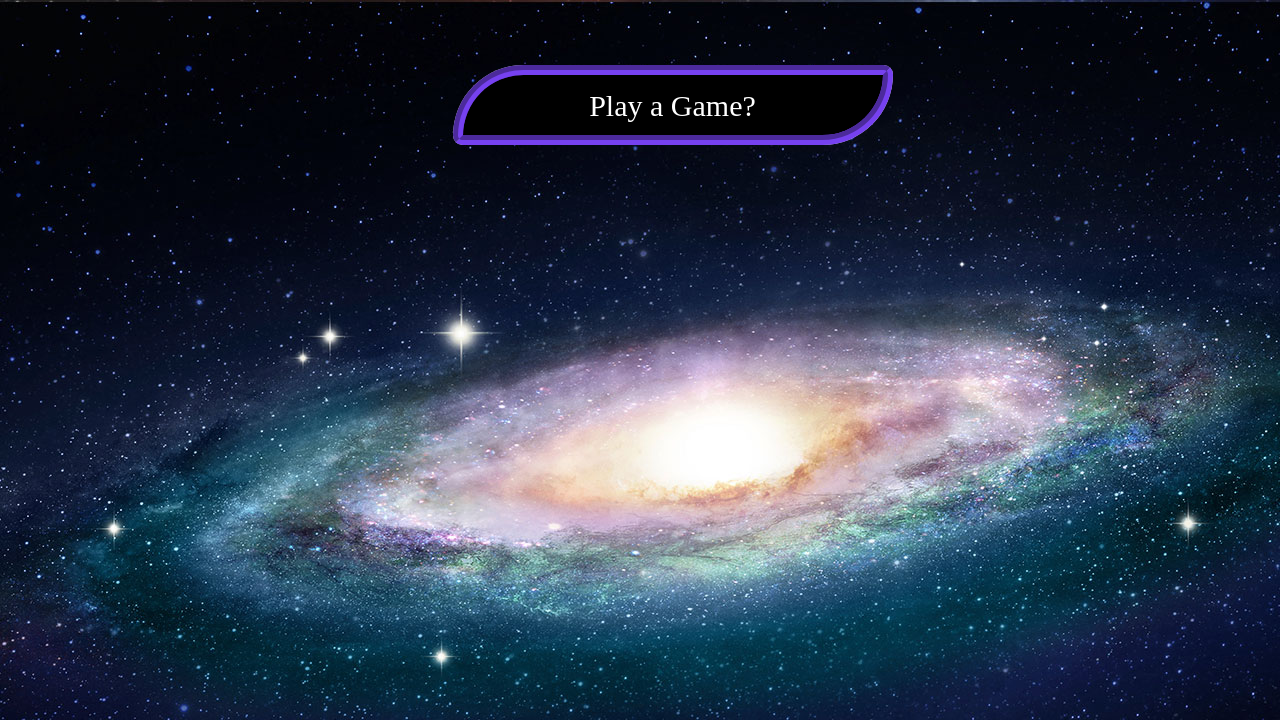
Repository: dsaftler/Trivia
Page: index.html
These files come from the project's save history. The page is drawn as it stood at one moment and after the next save; the edit follows.
The browser window is 1280 px wide. The pictures show the whole page.
Some web fonts or font styles are not loaded; a fallback is used.

Above is the page before, as saved 2019-04-13 23:24:48.

### index.html
<!DOCTYPE html>
<html lang="en">
<head>
  <meta charset="UTF-8">
  <meta name="viewport" content="width=device-width, initial-scale=1.0">
  <meta http-equiv="X-UA-Compatible" content="ie=edge">
   <link rel="stylesheet" href="assets/css/reset.css" type="text/css">
  <link rel="stylesheet" href="https://stackpath.bootstrapcdn.com/bootstrap/4.3.1/css/bootstrap.min.css"
    integrity="sha384-ggOyR0iXCbMQv3Xipma34MD+dH/1fQ784/j6cY/iJTQUOhcWr7x9JvoRxT2MZw1T" crossorigin="anonymous">
  <!-- <link href="https://fonts.googleapis.com/css?family=Cherry+Swash:700" rel="stylesheet"> -->
  <link href="https://fonts.googleapis.com/css?family=Baumans" rel="stylesheet">
  <link rel="stylesheet" href="assets/css/glowing.css">

  <!-- custom css -->
  <link rel="stylesheet" href="assets/css/style.css" type="text/css">

  <title>Trivia Game</title>
</head>
<body>
<div class="container">

  <div class="scoreElements glowing darkblue">
   <div id="showWinsCnt"><span id="wins"></span></div>
   <div id="showLoseCnt"><span id="wrongs"></span></div>
   <div id="showMissCnt"><span id="misses"></span></div>
  </div>
  <div class='playElements'>
    <div id="timer"></div>
    <h2 class="showQuestion glowing darkblue" id="question"></h2>
    <ul class="showAnswers glowing darkblue">
    <li class="answers glowing cyan" id="answer0"><a href="#"></a></li>
    <li class="answers glowing darkblue" id="answer1"><a href="#"></a></li>
    <li class="answers glowing indigo" id="answer2"><a href="#"></a></li>
    <li class="answers glowing purple" id="answer3"><a href="#"></a></li>
    </ul>
    <div class="tmyk clearfix">
      <div class="extra glowing cyan"></div>
      <img class="image glowing darkblue">
    </div>
  </div>
  <div class="bgButton">
  <button class="glowing cyan" id="newGame" onclick="initGame()">Play a Game?</button>
  </div>
  <!-- <button id="temp1" onclick="newQuestion()">Next Question?</button> -->
</div>

<!-- bootstrap scripts -->
<script src="https://code.jquery.com/jquery-3.3.1.slim.min.js"
  integrity="sha384-q8i/X+965DzO0rT7abK41JStQIAqVgRVzpbzo5smXKp4YfRvH+8abtTE1Pi6jizo" crossorigin="anonymous"></script>
<script src="https://cdnjs.cloudflare.com/ajax/libs/popper.js/1.14.7/umd/popper.min.js"
  integrity="sha384-UO2eT0CpHqdSJQ6hJty5KVphtPhzWj9WO1clHTMGa3JDZwrnQq4sF86dIHNDz0W1" crossorigin="anonymous"></script>
<script src="https://stackpath.bootstrapcdn.com/bootstrap/4.3.1/js/bootstrap.min.js"
  integrity="sha384-JjSmVgyd0p3pXB1rRibZUAYoIIy6OrQ6VrjIEaFf/nJGzIxFDsf4x0xIM+B07jRM" crossorigin="anonymous"></script>
<script src="assets/javascript/app.js"></script>


</body>
</html>

### assets/css/glowing.css
/*!
 * Glowing.css - a simple pure CSS to make PNG or anything glow!
 * https://github.com/topex-psy/Glowing.css
 *
 * Version: 1.0
 * Author: Taufik Nur Rahmanda (https://www.facebook.com/TopEx.Divine)
 * Github: https://github.com/topex-psy

 * Made available under a MIT License:
 * http://www.opensource.org/licenses/mit-license.php
 */

.glowing {
	-webkit-filter: drop-shadow(0 0 0 rgba(255,255,255,.8));
	-webkit-transition: all .2s linear;
	-moz-transition: all .2s linear;
	-o-transition: all .2s linear;
	transition: all .2s linear;
}
.glowing.red:hover { -webkit-filter: drop-shadow(0 0 8px rgba(255,153,153,1)); }
.glowing.orange:hover { -webkit-filter: drop-shadow(0 0 8px rgba(244,173,66,1)); }
.glowing.yellow:hover { -webkit-filter: drop-shadow(0 0 8px rgba(244,241,66,1)); }
.glowing.green:hover { -webkit-filter: drop-shadow(0 0 8px rgba(83,244,66,1)); }
.glowing.cyan:hover { -webkit-filter: drop-shadow(0 0 8px rgba(0,255,221,1)); }
.glowing.lightblue:hover { -webkit-filter: drop-shadow(0 0 8px rgba(0,231,255,1)); }
.glowing.blue:hover { -webkit-filter: drop-shadow(0 0 8px rgba(0,153,255,1)); }
.glowing.darkblue:hover { -webkit-filter: drop-shadow(0 0 8px rgba(0,63,255,1)); }
.glowing.indigo:hover { -webkit-filter: drop-shadow(0 0 8px rgba(167,66,244,1)); }
.glowing.purple:hover { -webkit-filter: drop-shadow(0 0 8px rgba(244,66,232,1)); }
.glowing.magenta:hover { -webkit-filter: drop-shadow(0 0 8px rgba(255,109,194,1)); }
.glowing.pink:hover { -webkit-filter: drop-shadow(0 0 8px rgba(255,137,184,1)); }

.and { }
.quickly { -webkit-transition:-webkit-transform .05s !important;-moz-transition:-moz-transform .05s !important;-o-transition:-o-transform .05s !important;transition:transform .05s !important; }
.rotating:hover { -ms-transform:matrix(1.1,0.2,-0.2,1.1,0,0);-webkit-transform:matrix(1.1,0.2,-0.2,1.1,0,0);transform:matrix(1.1,0.2,-0.2,1.1,0,0); }
.zooming:hover { -ms-transform: scale(1.1,1.1);-webkit-transform: scale(1.1,1.1);transform: scale(1.1,1.1); }

.disco:hover {
	-webkit-animation-duration: 2s;
	-webkit-animation-timing-function: ease-in-out;
	-webkit-animation-iteration-count: infinite;
	-webkit-animation-name: disco;
	animation-duration: 2s;
	animation-timing-function: ease-in-out;
	animation-iteration-count: infinite;
	animation-name: disco;
}
@-webkit-keyframes disco {
	0%    { -webkit-filter: drop-shadow(0 0 8px rgba(255,153,153,1)); }
	25%  { -webkit-filter: drop-shadow(0 0 8px rgba(244,241,66,1)); }
	50%  { -webkit-filter: drop-shadow(0 0 8px rgba(0,153,255,1)); }
	75%  { -webkit-filter: drop-shadow(0 0 8px rgba(244,66,232,1)); }
	100%    { -webkit-filter: drop-shadow(0 0 8px rgba(255,153,153,1)); }
}

### assets/css/style.css
html {
  height: 100%;
}
body {
  height: 100%;
  margin: 0;
  padding:0;
  background-color: black;
   margin: auto;
  align-content: center;
  font-family: 'Baumans', cursive;
  color:white;
  font-size: 20px;
  font-weight: bolder;
}
h3{
  color: #8fc7bc;
  padding-top: 15px;

}
.container{
   height: 100%;
  margin: auto;
  background-image: url("../images/hubble.jpg");
  max-width: 1536px;
}
button{
  width:440px;
  height: 80px;
  margin: auto;
  margin-top: 15px;
  color:white;
  font-size: 30px;
  padding: 0px;
  background-color:black;
  /* border-color: #8fc7bc; */
  border-color: #7641f0;
  border-style: groove;
  border-width: 10px;
  border-radius: 150px 20px;

}
.scoreElements{
align-content: center;
margin: auto;
width: 10%;
padding-top: 50px;
font-size: 24px;
}
#wins{
  text-align:center;
}
.bgButton{
  align-content:center;
  margin:auto;
  width:30%;
}
/* .showQuestion{
  font-size: 30px;
} */
ul li a {
  padding-left:20px;
  color: black;
  display: block;
  border-width: 3px;
  text-decoration: none;
  padding: 16px;
  width:50%
}

ul {
  list-style-type: circle;
}

li {
  display: block;
}

ul li a:hover {
  color: #7641f0;
  display: block;
  text-decoration: none;
}

li:hover {
  background-color:black;
}
.answers{
  padding-left: 5px;
  font-size: 22px;
}
.playElements {
  align-content: center;
  margin: auto;
  padding-top: 70px;
  align-content: center;
  margin: auto;
  width: 85%;
  padding-top: 70px;
}

#timer {
  font-size: 50px;
  font-weight: bolder;
}
.tmyk{
  width: 1500px;
  height:100%;
}
.extra{
  clear: both;
  float: left;
  width:35%;
  padding:20px;
  /* margin-top: 15px; */
  padding-bottom: 20px;
  margin-left: -15px;
  font-weight: lighter;
  background-color: rgba(22, 4, 152, .37);
  overflow: auto;
  border-style: groove;
  border-width: 3px;
  border-color:black;
   border-radius: 30px;
}
img{
  /* padding-top:15px; */
  /* padding-left: 20px; */
  clear: both;
  margin-left: 15px;
  max-width: 800px;
  height: auto;
  border-style: groove;
  border-width: 3px;
  border-color:black;
  border-radius: 30px;
  /* border-color: #7641f0; */
}

### assets/javascript/app.js
// Advanced game has a 30 second timer that counts down to 0 for each question !!!!!!!!!!!!  changed to 15 seconds
// If the timer is 0 OR  a wrong answer is chosen:
  // show the correct answer for 5 seconds
// display a new question
// restart the timer with no user interaction

// questions are contained in an array with question, array of answers, index of correct answer
// question shows in questionId
// "Correct"  or "Correct Answer" shows in answerId
// 4 possible answers show in 4 clickable buttons
// buttons have hover behavior
//  only one can be selected (by click)

// scores for Wins, Losses, and Unanswered are kept (correct, wrong, timer ==0)
// ask to play again in link
// click on play restarts the game without re-loading the page

var qArray =[];
var wins, wrongs, misses, seconds,
  i, qArrayLength, correctAnswerId;
var timer;
var isNewGame = true;
var sayCorrect
var answerTime=10, displayInfoTime=7;
$(".playElements").hide();
$(".answers").pointerEvents = "none";
$(document).ready(function () {
  //initGame();  // called by newGame button
  $(".answers").click(function() {
    stopTimer();
    $(".answers").css("pointer-events","none");
    //which answer did I click?
    var target = $(this).attr("id")
    for(let j = 0; j<4; j++) {
      jtarget = "answer" + j
      //console.log(jtarget)
      if (jtarget === target){
        if (j === correctAnswerId){
          showMe("win");
        } else {
          showMe("lose");
        }
      }
    }
  });
});


function initGame() {
  wins = 0;
  wrongs = 0;
  misses = 0;
  $(".scoreElements").hide();
  $(".playElements").hide();
  $(".answers.li").hide();
  $("#newGame").hide();
  loadQuestions();
  i = 0;
  newQuestion(i);
}

function newQuestion(i)
{
  console.log(i)
  if (i < qArrayLength){
    // show game pieces: question, answers
    $(".playElements").show();
    $("#timer").show();
    $(".tmyk").hide();
    q="Question "+(i+1)+":  "
    $("#question").text(q+(qArray[i].question));
    $("#answer0").text(qArray[i].ansArray[0]);
    //console.log(qArray[i].ansArray[0]);
    $("#answer1").text(qArray[i].ansArray[1]);
    $("#answer2").text(qArray[i].ansArray[2]);
    $("#answer3").text(qArray[i].ansArray[3]);
    correctAnswerId = qArray[i].correct;
    correctAnswer = qArray[i].ansArray[correctAnswerId]
    //console.log(qArray[i].ansArray[correctAnswerId]);
    info = qArray[i].extra;
    $(".answers").css("pointer-events", "auto");
    clearInterval(timer)
    seconds = answerTime;
    showTime();
    timer = setInterval(tick, 1000);
  } else {
    gameOver();
  }
}

function gameOver()
{
  $(".playElements").hide();
  $(".scoreElements").show();
  $("#showWinsCnt").text(wins + " Correct")
  $("#showLoseCnt").text( wrongs + " Wrong")
  $("#showMissCnt").text(  misses + " Time-Outs")
  $("#newGame").text("Play Again?"); // calls initGame
  $("#newGame").show();
}


//  The decrement function.
function tick()
{
  seconds--;
  if (seconds < 0) {
    //  ...run the stop function.
    stopTimer()
    showMe("miss");
    return;
  }
  showTime();
}

function stopTimer()
{
  clearInterval(timer);
  $("#answers").pointerEvents="none";
}

//  Execute the run function.
function showTime()
{
  var result = " * ".repeat(seconds);
 $("#timer").text(result+seconds);
 //console.log(seconds);
}
function showMe(result){
  sayCorrect = 'Sorry...the answer was  ' + correctAnswer

  switch (result){
    case "win":
      //alert("Correct");
      sayCorrect="Correct! "
      wins++;
      break;
    case "lose":
      //alert("Incorrect");
      wrongs++
      break;
    case "miss":
      $("#timer").text("Timed-Out");
      misses++;
      break;
   }
  showExtra();
  setTimeout(displayPause, 1000 * displayInfoTime)

  }
function showExtra(){
  imgUrl = qArray[i].image
  $(".image").attr({"src":imgUrl, "alt": qArray[i].imageAlt});

  //console.log("<img src=" + qArray[i].image + ">");
  $(".extra").html("<h3 class='glowing cyan'>"+sayCorrect + "<br/></h3>") ;
  $(".extra").append(qArray[i].extra);
  $(".tmyk").show();
  //$(".extra").show();
  //$(".image").show();

}
function displayPause(){
  stopTimer();
  clearTimeout();
  i++;
  newQuestion(i)
}

function loadQuestions(){
qArray = [
    {
      question: "How many moons are in our Solar System?",
      correct: 3,
      ansArray: [25, 50, 97, 181],
      image: "assets/images/Moons_of_solar_system.jpg",
      imgAlt: "Moons of the solar system",
      extra: "These moons (also known as natural satellites) vary greatly in size and quantity per planet. For example, the largest moon is Jupiter’s Ganymede, and the smallest is Mar’s Deimos. Ganymede has a diameter of 3,273 miles, and Deimos has a diameter of 7 miles."

    },
    {
      question: "What percent of the universe is dark matter? (Plus or minus 2%.)",
      correct: 1,
      ansArray: ["15%", "27%", "50%", "80%"],
      image: "assets/images/darkmatter.png",
      imgAlt:"Dark matter web",
      extra: "The rest of the universe is around 68% dark energy, and less than 5% of the universe is made up of what we would consider ‘normal’ matter. This means that roughly 80% of the mass of the universe is made up of material we cannot see."
    },
    {
      question: "What is the most common type of star found in the Milky Way?",
      correct: 1,
      ansArray: ["Neutron stars", "Red dwarf stars", "Supernovae", "G-type"],
      image: "assets/images/red-dwarf.jpg",
      imgAlt: "Types of Stars Infographic",
      extra: "Red dwarf stars make up an estimated ¾ of all stars found in the Milky Way. The surface temperature of red dwarf stars is less than 4,000 Kelvin, and they have a very low luminosity and therefore cannot be easily seen. In fact, from Earth not one red dwarf star can be seen with the naked eye. Since they develop very slowly and are constant for trillions of years, there are actually no advanced stars of this type in our galaxy because our galaxy is too young!"
    },
    {
      question: "What is the closest star to the Sun?",
      correct: 0,
      ansArray: ["Proxima Centauri", "Tau Ceti", "51 Pegasi", "Rigel"],
      image: "assets/images/proxima_centauri.jpg",
      imgAlt: "Proxima Centauri",
      extra: "Proxima Centauri is a red dwarf star located in Alpha Centauri system, which is in the Centaurus constellation. Alpha Centauri is actually a triple star system with Proxima Centauri being the closest to the sun. It is 4.24 light years away from the sun, and is not visible to the naked eye from Earth."
    },
    {
      question: "What has a gravitational pull so strong that even light cannot escape it?",
      correct: 2,
      ansArray: ["Quantum Gravity", "True Love", "Black Hole", "Worm Hole"],
      image: "assets/images/blackhole.jpg",
      imgAlt: "Black Hole",
      extra: "Black holes are one of the deadliest things in the universe. They are formed when a star with a mass more than three times that of our sun dies and collapses onto itself after an explosion called a supernova. Black holes can siphon the gas out of stars until they vanish. They can even break apart and swallow planets."
    },
    {
      question: "Which NASA space flight was the last manned mission to the moon?",
      correct: 3,
      ansArray: ["Gemini 12", "Skynet 1.0", "Apollo 13","Apollo 17"],
      image: "assets/images/moon-landing.jpg",
      imgAlt: "Moon Landing",
      extra: "Apollo 17 launched on December 7, 1972 as the first night launch done by NASA. It was also the final mission of NASA’s Apollo program. Apollo 17 was the last time humans traveled beyond low Earth orbit. The mission also boasted that at the time it had the longest moon landing, largest lunar samples, longest time in orbit, and the longest total moonwalks."
    },
    {
      question: "What is the longest continuous time a human has spent in space? (Plus or minus 20 days.)",
      correct: 2,
      ansArray: ["37 days", "189 days", "437 days", "682 days"],
      image: "assets/images/poljakov.jpg",
      imgAlt: "Portrait of Poljakov",
      extra: "This amounts to more than 14 months in space. This feat was accomplished by Valeri Polyakov, a Russian astronaut who stayed aboard the Mir space station from January 1994 to March 1995. When Polyakov retired he had over 678 cumulative days in space, and his combined space time was over 22 months."
    },
    {
      question: "How much time does sun rays take to reach earth?",
      correct: 2,
      ansArray: ["58 seconds", "3.5 minutes", "8 minutes", "14 minutes"],
      image: "assets/images/Earth_to_Sun.png",
      imgAlt: "Distance to the Sun",
      extra: "The speed of light in vacuum, commonly denoted c, is a universal physical constant important in many areas of physics. Its exact value is299,792,458 meters per second (approximately 300,000 km/s (186,000 mi/s))."
    },
    {
      question: "When will Halley’s Comet will be visible from Earth again?",
      correct: 2,
      ansArray: ["2024", "2039", "2061", "2101"],
      image: "assets/images/HalleysComet.jpg",
      imgAlt: "Haley's Comet",
      extra: "Halley's Comet is arguably the most famous comet. It is a ‘periodic’ comet and returns to Earth's vicinity about every 75 years, making it possible for a human to see it twice in his or her lifetime. The last time it was here was in 1986, and it is projected to return in 2061."
    },
    {
      question: "How long was the shortest space flight?",
      correct: 0,
      ansArray: ["15 minutes", "73 minutes", "4.5 hours", "3 days"],
      image: "assets/images/freedom7.jpg",
      imgAlt: "Freedom 7 launch",
      extra: "This occurred on May 5, 1961 when Alan Shepard achieved an altitude of 115 miles in NASA’s Freedom 7. He was also the first American in space. Shepard later went on to become the oldest person to walk on the surface of the moon. He achieved this in 1971 during the Apollo 14 mission. At the time, he was 47 years old."
    }
  ]
  qArrayLength=qArray.length;
  //console.log(qArray);
};

Loaded but not shown: assets/css/reset.css (no stored copy; drawn as an empty file)

After the next save:
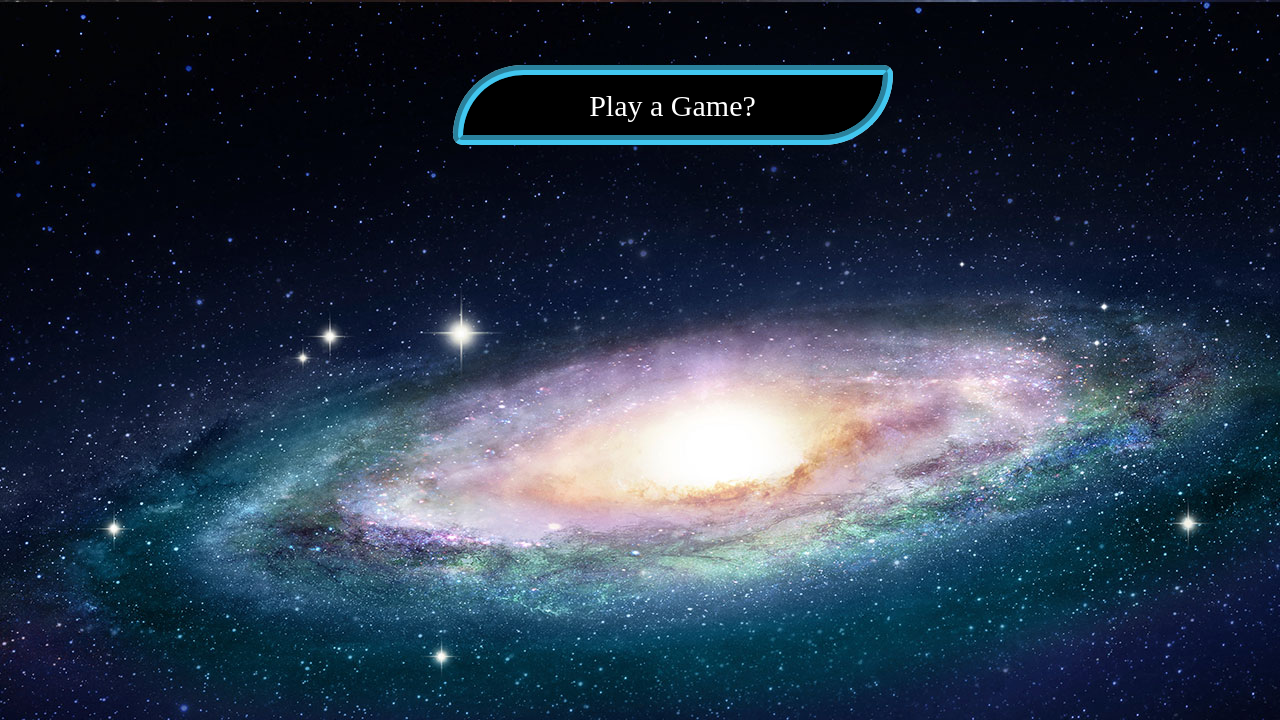
Saved 111 s later.
--- a/assets/css/style.css
+++ b/assets/css/style.css
@@ -34,7 +34,7 @@ button{
   padding: 0px;
   background-color:black;
   /* border-color: #8fc7bc; */
-  border-color: #7641f0;
+  border-color: #41c7f0;
   border-style: groove;
   border-width: 10px;
   border-radius: 150px 20px;
